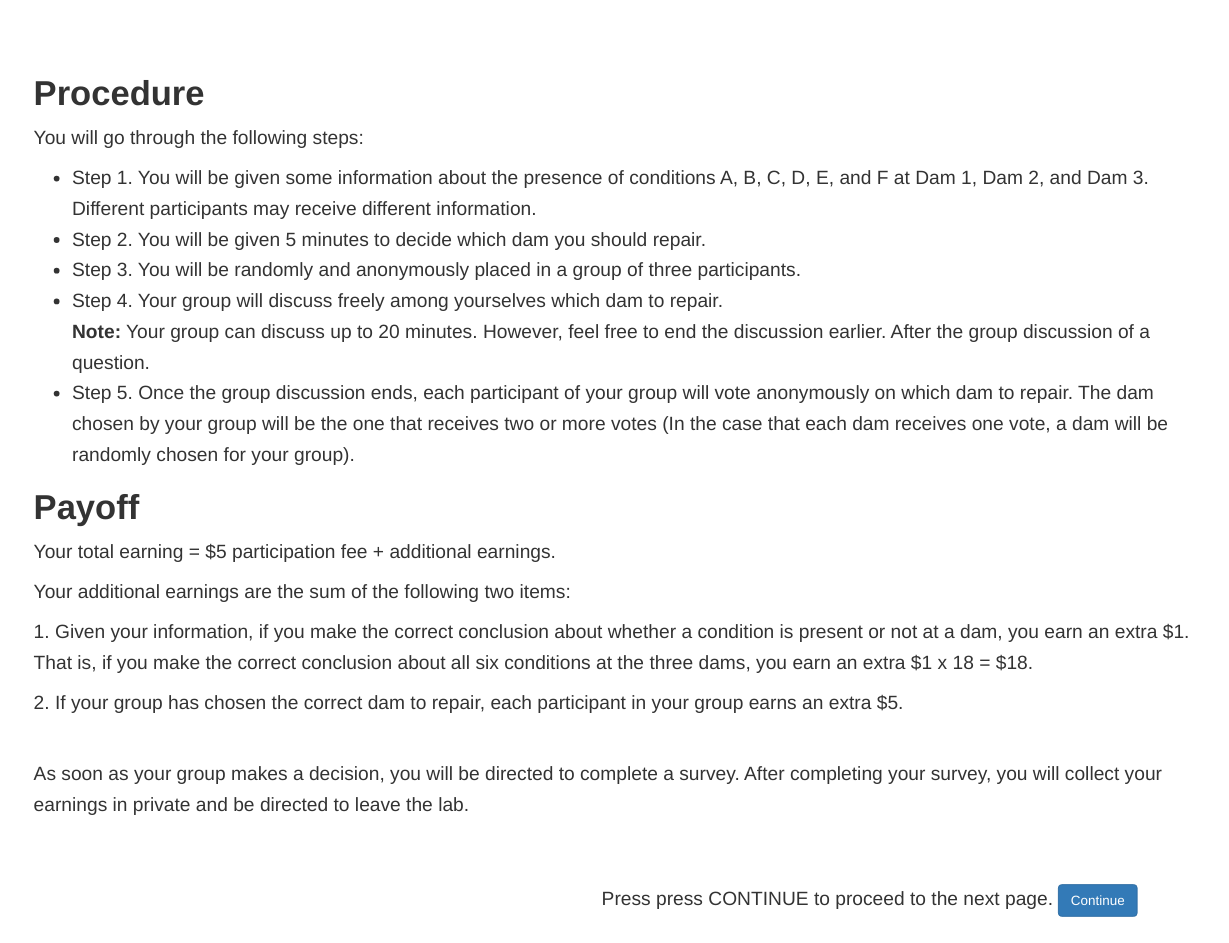
Repository: zmikaya/behavecon
Page: templates/group/Free3Dams/Free3Dams_p7.html
The author's editor kept a record of every edit. The page is drawn from the files as they stood at one moment, then again after the next edit.
The browser window is 1280 px wide. The pictures show the whole page, at 96% of full size.
The template is drawn by Django 2.2. The application's start-up code is not run. Other server files are loaded and not shown. The template is opened directly, without the code that normally fills it, so the values that code supplies are empty.

Above is the page before.
Console error: TypeError: Cannot read properties of null (reading 'getAttribute')

### templates/group/Free3Dams/Free3Dams_p7.html
{% extends 'sidebar-base.html' %}
{% load staticfiles %}

{% block body_block %}
    <!-- Page Content -->
    <div id="page-content-wrapper">
        <div class="container-fluid">
            <div class="row">
                <div class="col-lg-12 left-align">
                    <h1><b>Procedure</b></h1>
                    <p>You will go through the following steps:</p>
                    <ul>
                        <li>Step 1. You will be given some information
                            about the presence of conditions A, B, C, D,
                            E, and F at Dam 1, Dam 2, and Dam 3. Different
                            participants may receive different
                            information.
                        </li>
                        <li>Step 2. You will be given 5 minutes to
                            decide which dam you should repair.
                        </li>
                        <li>Step 3. You will be randomly and anonymously
                            placed in a group of three participants.
                        </li>
                        <li>Step 4. Your group will discuss freely among
                            yourselves which dam to repair.
                            <br>
                            <b>Note:</b> Your group can discuss up to 20
                            minutes. However, feel free
                            to end the discussion earlier. After the
                            group discussion of a question.
                        </li>
                        <li>Step 5. Once the group discussion ends, each
                            participant of your group will vote
                            anonymously on which dam to repair. The dam
                            chosen by your group will be the one that
                            receives two or more votes (In the case that
                            each dam receives one vote, a dam will be
                            randomly chosen for your group).</li>
                    </ul>
                    <h1><b>Payoff</b></h1>
                    <p>Your total earning = $5 participation fee +
                        additional earnings.
                    </p>
                    <p>Your additional earnings are the sum of the
                        following two items:
                    </p>
                    <p>1. Given your information, if you make the correct
                        conclusion about whether a condition is present
                        or not at a dam, you earn an extra $1. That is,
                        if you make the correct conclusion about all six
                        conditions at the three dams, you earn an extra
                        $1 x 18 = $18.
                    </p>
                    <p>2. If your group has chosen the correct dam to
                        repair, each participant in your group earns
                        an extra $5.
                    </p>
                    <p><br>As soon as your group makes a decision, you
                        will be directed to complete a survey. After
                        completing your survey, you will collect your
                        earnings in private and be directed to leave the
                        lab.
                    </p>
                    <div class="damContinue">
                        <p class="inline continue">Press press CONTINUE to proceed to the next page.</p>
                        <!--<button type="button" class="btn btn-primary next" onclick="ajaxGetPage('p8')">Continue</button>-->
                        <a class="btn btn-primary next" href="/Category3Dams/p8">Continue</a>
                    </div>
                    <!--<a href="#menu-toggle" class="btn btn-default" id="menu-toggle">Toggle Menu</a>-->
                </div>
            </div>
        </div>
    </div>
    <!-- /#page-content-wrapper -->
{% endblock %}

### templates/sidebar-base.html
<!DOCTYPE html>
{% load staticfiles %}
<html lang="en">

<head>

    <meta charset="utf-8">
    <meta http-equiv="X-UA-Compatible" content="IE=edge">
    <meta name="viewport" content="width=device-width, initial-scale=1">
    <meta name="description" content="">
    <meta name="author" content="">

    <title>BehaveCon</title>

    <!-- Bootstrap Core CSS -->
    <link href="{% static "css/bootstrap.min.css" %}" rel="stylesheet">

    <!-- Custom CSS -->
    <link href="{% static "css/simple-sidebar.css" %}" rel="stylesheet">

    <link href="{% static "css/style.css" %}" rel="stylesheet">

    <script src="{% static "js/jquery.js" %}"></script>

    <script src="{% static "js/embed.js" %}" type="text/javascript"></script>

    <!-- HTML5 Shim and Respond.js IE8 support of HTML5 elements and media queries -->
    <!-- WARNING: Respond.js doesn't work if you view the page via file:// -->
    <!--[if lt IE 9]>
        <script src="https://oss.maxcdn.com/libs/html5shiv/3.7.0/html5shiv.js"></script>
        <script src="https://oss.maxcdn.com/libs/respond.js/1.4.2/respond.min.js"></script>
    <![endif]-->


</head>

<body>

    <!--<div id="wrapper">-->

        <!-- Sidebar -->
    <!--    <div id="sidebar-wrapper">-->
    <!--        <ul class="sidebar-nav">-->
    <!--            <li class="sidebar-brand">-->
    <!--                <a href="#">-->
    <!--                    Start Bootstrap-->
    <!--                </a>-->
    <!--            </li>-->
    <!--            <li>-->
    <!--                <a href="#">Dashboard</a>-->
    <!--            </li>-->
    <!--            <li>-->
    <!--                <a href="#">Shortcuts</a>-->
    <!--            </li>-->
    <!--            <li>-->
    <!--                <a href="#">Overview</a>-->
    <!--            </li>-->
    <!--            <li>-->
    <!--                <a href="#">Events</a>-->
    <!--            </li>-->
    <!--            <li>-->
    <!--                <a href="#">About</a>-->
    <!--            </li>-->
    <!--            <li>-->
    <!--                <a href="#">Services</a>-->
    <!--            </li>-->
    <!--            <li>-->
    <!--                <a href="#">Contact</a>-->
    <!--            </li>-->
    <!--        </ul>-->
    <!--    </div>-->
        <!-- /#sidebar-wrapper -->

        <!-- Page Content -->
        {% block body_block %}{% endblock %}
    <!-- /#wrapper -->

    <!-- jQuery -->
    <script src="{% static "js/jquery.js" %}"></script>

    <!-- Bootstrap Core JavaScript -->
    <script src="{% static "js/bootstrap.min.js" %}"></script>

    <script src="{% static "js/script.js" %}"></script>

    <!-- Menu Toggle Script -->
    <script>
    $("#menu-toggle").click(function(e) {
        e.preventDefault();
        $("#wrapper").toggleClass("toggled");
    });
    </script>

</body>

</html>

### static/css/simple-sidebar.css
/*!
 * Start Bootstrap - Simple Sidebar HTML Template (http://startbootstrap.com)
 * Code licensed under the Apache License v2.0.
 * For details, see http://www.apache.org/licenses/LICENSE-2.0.
 */

/* Toggle Styles */

#wrapper {
    padding-left: 0;
    -webkit-transition: all 0.5s ease;
    -moz-transition: all 0.5s ease;
    -o-transition: all 0.5s ease;
    transition: all 0.5s ease;
}

#wrapper.toggled {
    padding-left: 250px;
}

#sidebar-wrapper {
    z-index: 1000;
    position: fixed;
    left: 250px;
    width: 0;
    height: 100%;
    margin-left: -250px;
    overflow-y: auto;
    background: #000;
    -webkit-transition: all 0.5s ease;
    -moz-transition: all 0.5s ease;
    -o-transition: all 0.5s ease;
    transition: all 0.5s ease;
}

#wrapper.toggled #sidebar-wrapper {
    width: 250px;
}

#page-content-wrapper {
    width: 100%;
    position: absolute;
    padding: 15px;
}

#wrapper.toggled #page-content-wrapper {
    position: absolute;
    margin-right: -250px;
}

/* Sidebar Styles */

.sidebar-nav {
    position: absolute;
    top: 0;
    width: 250px;
    margin: 0;
    padding: 0;
    list-style: none;
}

.sidebar-nav li {
    text-indent: 20px;
    line-height: 40px;
}

.sidebar-nav li a {
    display: block;
    text-decoration: none;
    color: #999999;
}

.sidebar-nav li a:hover {
    text-decoration: none;
    color: #fff;
    background: rgba(255,255,255,0.2);
}

.sidebar-nav li a:active,
.sidebar-nav li a:focus {
    text-decoration: none;
}

.sidebar-nav > .sidebar-brand {
    height: 65px;
    font-size: 18px;
    line-height: 60px;
}

.sidebar-nav > .sidebar-brand a {
    color: #999999;
}

.sidebar-nav > .sidebar-brand a:hover {
    color: #fff;
    background: none;
}

@media(min-width:768px) {
    #wrapper {
        padding-left: 250px;
    }

    #wrapper.toggled {
        padding-left: 0;
    }

    #sidebar-wrapper {
        width: 250px;
    }

    #wrapper.toggled #sidebar-wrapper {
        width: 0;
    }

    #page-content-wrapper {
        padding: 20px;
        position: relative;
    }

    #wrapper.toggled #page-content-wrapper {
        position: relative;
        margin-right: 0;
    }
}

### static/css/style.css
.center {
    text-align: center;
    font-size: 20px;
    margin-top: 3%;
    line-height: 160%;
}

.left-align {
    font-size: 20px;
    margin-top: 3%;
    line-height: 160%;
}

.left-align-width {
    font-size: 20px;
    margin-top: 3%;
    line-height: 160%;
    width: 80% !important;
}

.left-align-no-margin {
    font-size: 20px;
    margin-top: 0;
    line-height: 160%;
}

.inline {
    display: inline-block;
}

.continue {
    margin-top: 10%;
}

.text {
    font-size: 20px;
    line-height: 160%;
}

.left {
    margin-top: 3%;
    width: 50%;
    float: left;
}

.right {
    margin-top: 3%;
    width: 50%;
    float: right;
}

.damTable {
    max-height: 100%;
    max-width: 100%;
    margin-top: 15%;
}

.damContinue {
    float: right;
    font-size: 20px;
    padding-right: 5%;
}

.bullet-points li {
    margin-bottom: 2%;
}

.practice-ml-row{
    height: 150px;
    border-bottom: thick solid #A69F9F;
}

.col-md-6 p{
    margin: 0;
    transform: translateY(50%);
}

.table-center {
    transform: translateY(50%);
}

.table-3-center {
    transform: translateY(20%);
}

.list-no-style {
    list-style-type: none;
}

.list-inline {
    vertical-align: top;
}

.table-inline {
    display: inline-block;
}
.border{
    height: 100%;
    border-left: thick solid #A69F9F;
}

.no-margin {
    margin: 0;
}

.chat {
    margin-top: 4%;
}

.enterinfo {
    width: 15%;
}

.error-msg {
    color: red;
}

.npresent {
    padding-left: 35px;
}



#leftAnswers {
    margin-top: 5%;
}

#black-border {
    border: solid black;
}

### static/js/embed.js
function tlkioOnload() {
    var target_element  = document.getElementById('tlkio'),
        channel_name    = target_element.getAttribute('data-channel'),
        custom_css_path = target_element.getAttribute('data-theme'),
        nickname        = target_element.getAttribute('data-nickname'),
        iframe          = document.createElement('iframe');

    // var iframe_src = 'http://embed.lvh.me:3000/' + channel_name,
    var iframe_src = '//embed.tlk.io/' + channel_name,
        iframe_query = [];


    if (custom_css_path && custom_css_path.length > 0) {
      iframe_query.push('custom_css_path=' + custom_css_path);
    }

    if (nickname && nickname.length > 0) {
      iframe_query.push('nickname=' + nickname);
    }

    if (iframe_query.length > 0) {
      iframe_src += '?' + iframe_query.join('&')
    }

    iframe.setAttribute('src', iframe_src);
    iframe.setAttribute('width', '100%');
    iframe.setAttribute('height', '100%');
    iframe.setAttribute('frameborder', '0');
    iframe.setAttribute('style', 'margin-bottom: -8px;');

    var current_style = target_element.getAttribute('style');
    target_element.setAttribute('style', 'overflow: auto; -webkit-overflow-scrolling: touch;' + current_style);

    target_element.appendChild(iframe);
};

### static/js/script.js
var url = "/Category3Dams/"

function getCookie(name) {
    var cookieValue = null;
    if (document.cookie && document.cookie != '') {
        var cookies = document.cookie.split(';');
        for (var i = 0; i < cookies.length; i++) {
            var cookie = jQuery.trim(cookies[i]);
            // Does this cookie string begin with the name we want?
            if (cookie.substring(0, name.length + 1) == (name + '=')) {
                cookieValue = decodeURIComponent(cookie.substring(name.length + 1));
                break;
            }
        }
    }
    return cookieValue;
}


// $('.next').click(function(){
//     var csrftoken = getCookie('csrftoken');
//     var id = $("#enterid").val();
//     var page = $(this).attr('id')+'/';
//     $.ajax({
//       type: "POST",
//       url: url + page,
//       data: {
//           'id': id,
//           'csrfmiddlewaretoken': csrftoken
//         },
//         success: nextPage,
//         dataType: 'html'
//     });
// });

function dictToList(dict) {
    var keys = Object.keys(dict).sort()
    var data = [];
    for (var i=0; i<keys.length; i++) {
        data.push(dict[keys[i]]);
    }
    return data
}

function ajaxGetPage(page, data){
    var csrftoken = getCookie('csrftoken');
    console.log(url+page)
    var id = $("#enterid").val();
    // var page = $(this).attr('id')+'/';
    if (data) {
        var out = JSON.stringify(dictToList(data));
        console.log(out)
        $.ajax({
          type: "POST",
          url: url + page,
          data: {
              'data': out,
              'csrfmiddlewaretoken': csrftoken
            },
            success: nextPage,
            dataType: 'html'
        });
    }
    else {
        $.ajax({
          type: "POST",
          url: url + page,
          data: {
              'id': id,
              'csrfmiddlewaretoken': csrftoken
            },
            success: nextPage,
            dataType: 'html'
        });
    }
};

function ajaxSendData(page, data){
    var csrftoken = getCookie('csrftoken');
    console.log(url+page)
    var id = $("#enterid").val();
    // var page = $(this).attr('id')+'/';
    if (data) {
        var out = JSON.stringify(dictToList(data));
        console.log(out)
        $.ajax({
          type: "POST",
          url: url + page,
          data: {
              'data': out,
              'csrfmiddlewaretoken': csrftoken
            },
            success: emptyReturn,
            dataType: 'html'
        });
    }
}


function emptyReturn(data, textStatus, jqXHR){
    // var data = $.parseHTML(data);
    // console.log(data)
    // $("html").empty();
    // for(var i=0; i<data.length; i++){
    //     $("html").append(data[i])
    // }
    // if (tlkioOnload) {
    //     tlkioOnload();
    // }
}

// if (tlkioOnload) {
//     tlkioOnload();
// }


// handles the returned html/data from Django
// clears existing body, then replaces it with returned html
var test = null;
function nextPage(data, textStatus, jqXHR){
    test = data;
    var data = $.parseHTML(data);
    console.log(data)
    $("html").empty();
    for(var i=0; i<data.length; i++){
        $("html").append(data[i])
    }
    if (tlkioOnload) {
        tlkioOnload();
    }
}

if (tlkioOnload) {
    tlkioOnload();
}

Loaded but not shown: static/css/bootstrap.min.css (library); static/js/jquery.js (library); static/js/bootstrap.min.js (library)

After the next edit:
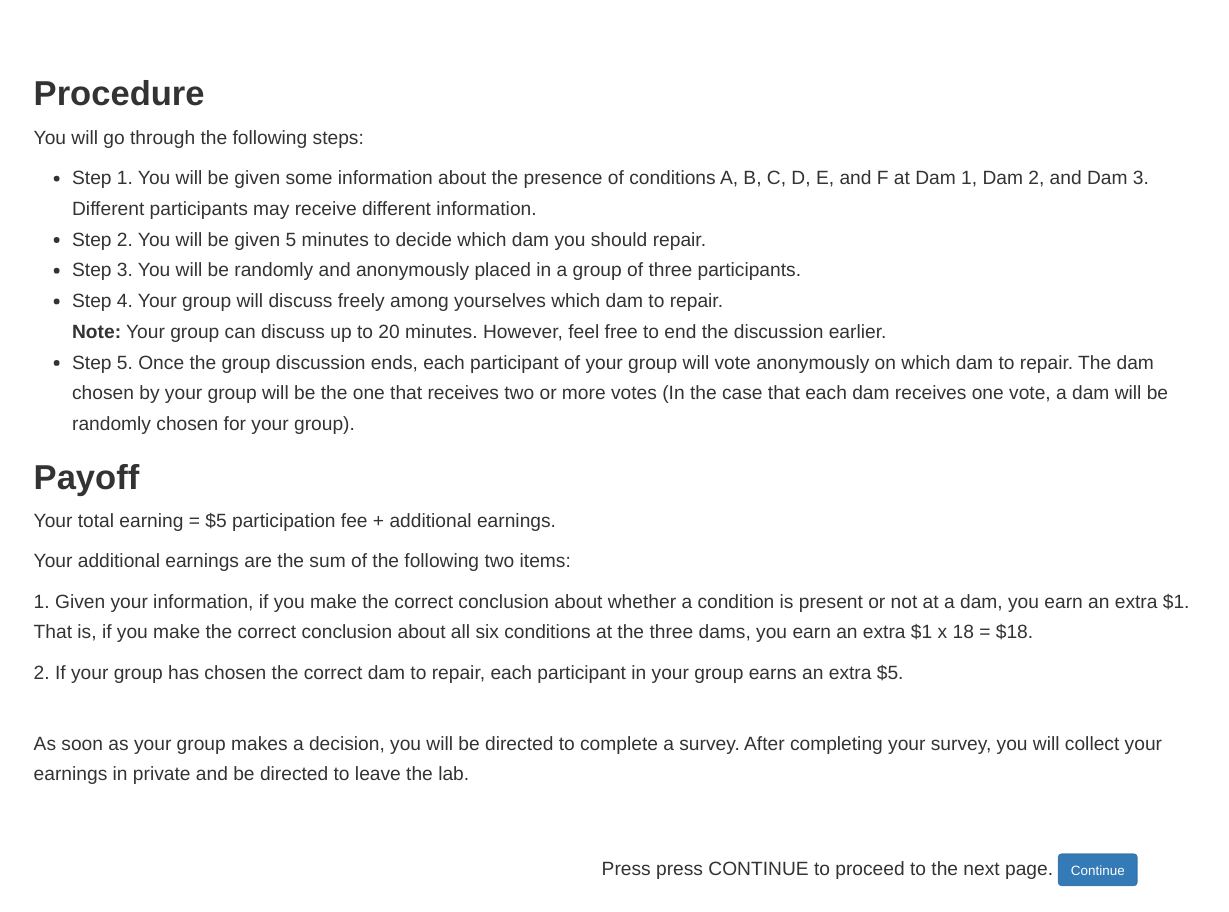
The edit:
--- a/templates/group/Free3Dams/Free3Dams_p7.html
+++ b/templates/group/Free3Dams/Free3Dams_p7.html
@@ -27,8 +27,7 @@
                             <br>
                             <b>Note:</b> Your group can discuss up to 20
                             minutes. However, feel free
-                            to end the discussion earlier. After the
-                            group discussion of a question.
+                            to end the discussion earlier.
                         </li>
                         <li>Step 5. Once the group discussion ends, each
                             participant of your group will vote
